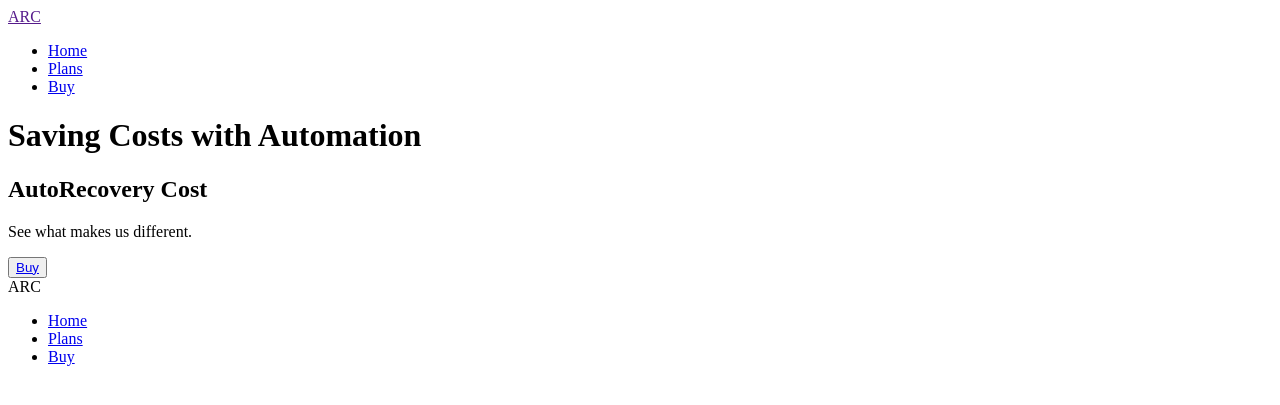
Repository: batmikun/Courses
Page: Front-End/SPA NATIVE JS/src/index.html
These files come from the project's save history. The page is drawn as it stood at one moment and after the next save; the edit follows.
The browser window is 1280 px wide. The pictures show the whole page.

Above is the page before, as saved 2021-11-21 00:53:40.

### Front-End/SPA NATIVE JS/src/index.html
<!DOCTYPE html>
<html lang="en">
    <head>
        <meta charset="UTF-8">
        <meta http-equiv="X-UA-Compatible" content="IE=edge">
        <meta name="viewport" content="width=device-width, initial-scale=1.0">
        <title>AutoRecovery Cost</title>
    </head>
    <body>
        <nav class="navbar">
            <div class="navbar__container">
                <a href="" id="navbar__logo">
                    ARC
                </a>
                <div class="navbar__toggle" id="mobile-menu">
                    <span class="bar"></span>
                    <span class="bar"></span>
                    <span class="bar"></span>
                </div>
                <ul class="navbar__menu">
                    <li class="navbar__item">
                        <a id="" href="#" class="navbar__link">Home</a>
                    </li>
                    <li class="navbar__item">
                        <a id="Products" href="#" class="navbar__link">Plans</a>
                    </li>
                    <li class="navbar__btn">
                        <a href="#" id="" class="button">Buy</a>
                    </li>
                </ul>
            </div>
        </nav>

        <div class="main">
            <div class="main__container">
                <div class="main__content">
                    <h1>Saving Costs with Automation</h1>
                    <h2>AutoRecovery Cost</h2>
                    <p>See what makes us different.</p>
                    <button class="main__btn">
                        <a href="#" id="Products">Buy</a>
                    </button>
                </div>
            </div>
        </div>

        <section id="root"></section>

        <footer>
            <div class="footer">
                <div class="footer__container">
                    <div class="footer__content">
                        <div class="footer__logo">
                            ARC
                        </div>
                        <ul class="footer__list">
                            <li class="footer__item">
                                <a href="#" class="footer__link">Home</a>
                            </li>
                            <li class="footer__item">
                                <a href="#" class="footer__link">Plans</a>
                            </li>
                            <li class="footer__item">
                                <a href="#" class="footer__link">Buy</a>
                            </li>
                        </ul>
                    </div>
                </div>
            </div>
        </footer>
    </body>
</html>

After the next save:
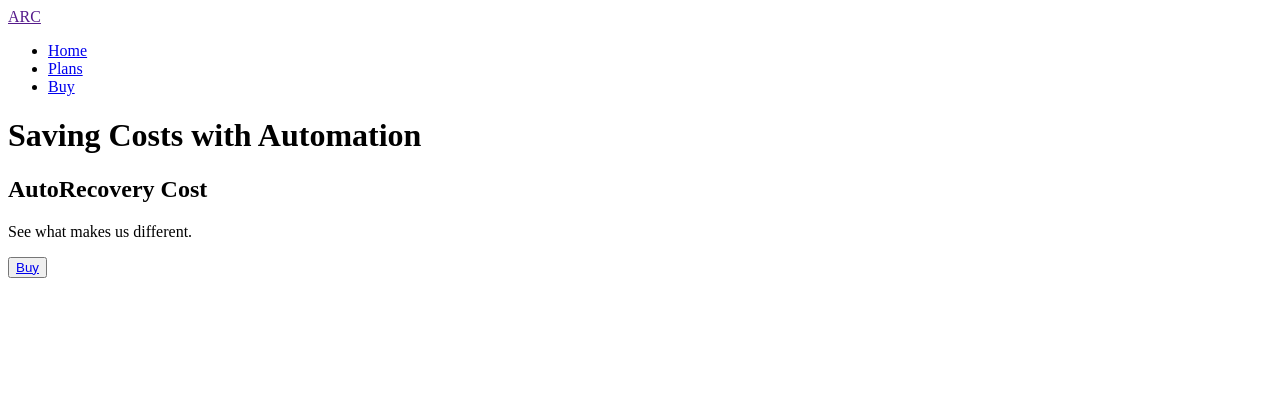
Saved 16 s later.
--- a/Front-End/SPA NATIVE JS/src/index.html
+++ b/Front-End/SPA NATIVE JS/src/index.html
@@ -47,26 +47,6 @@
         <section id="root"></section>
 
         <footer>
-            <div class="footer">
-                <div class="footer__container">
-                    <div class="footer__content">
-                        <div class="footer__logo">
-                            ARC
-                        </div>
-                        <ul class="footer__list">
-                            <li class="footer__item">
-                                <a href="#" class="footer__link">Home</a>
-                            </li>
-                            <li class="footer__item">
-                                <a href="#" class="footer__link">Plans</a>
-                            </li>
-                            <li class="footer__item">
-                                <a href="#" class="footer__link">Buy</a>
-                            </li>
-                        </ul>
-                    </div>
-                </div>
-            </div>
         </footer>
     </body>
 </html>
